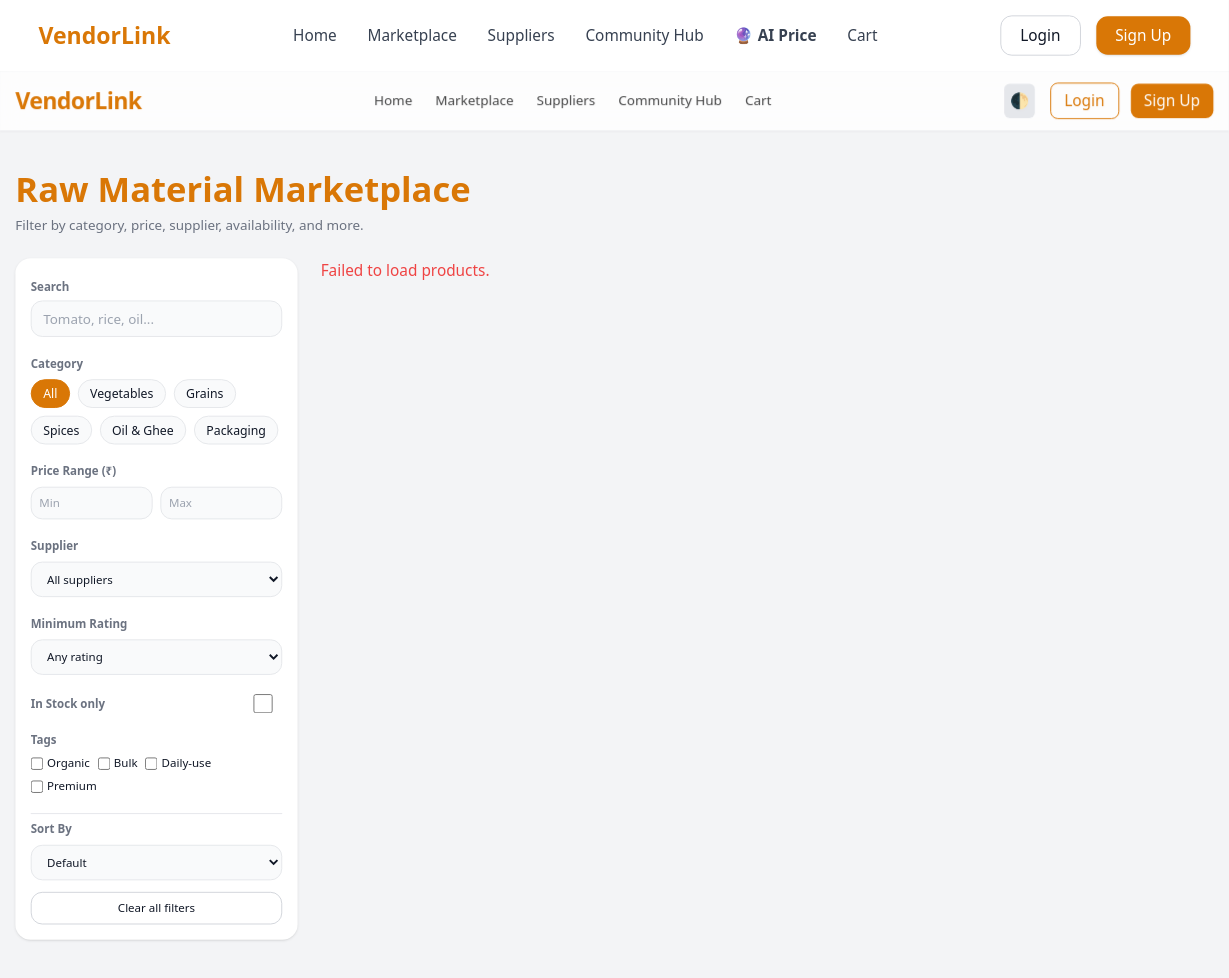
Repository: Omkar0746/VendorLink_Hackathon
Page: VendorLink_Project-main/frontend/marketplace.html
The author's editor kept a copy of each file at every save. The page is drawn from the files as they stood at one save, then again after the next save.
The browser window is 1280 px wide. The pictures show the whole page, at 96% of full size.
The page's requests for data from a server got no answer. Some web libraries are served in a nearby version.

Above is the page before, as saved 2025-11-28 00:08:07.

### VendorLink_Project-main/frontend/marketplace.html
<!DOCTYPE html>
<html lang="en" class="bg-gray-100 dark:bg-gray-900">
<head>
  <meta charset="UTF-8">
  <title>Marketplace • VendorLink</title>

  <script src="https://cdn.tailwindcss.com"></script>
  <script>
    tailwind.config = { darkMode: "class" };
  </script>

  <style>
    .nav-link { color:#444; text-decoration:none; }
    .nav-link:hover { color:#d97706; }
    .dark .nav-link { color:#ddd; }

    .btn-outline {
      padding:6px 14px; border:1px solid #d97706; color:#d97706; border-radius:8px;
    }
    .btn-filled {
      background:#d97706; color:white; padding:6px 14px; border-radius:8px;
    }
    .profile-btn {
      padding:6px 14px; background:#f3f4f6; border-radius:8px;
    }
    .dropdown-item {
      padding:10px 15px; display:block; text-align:left; font-size:0.9rem;
      color:#4b5563;
    }
    .dropdown-item:hover { background:#f5f5f5; }
    .toggle-checkbox { width:40px; height:20px; accent-color:#d97706; }
    .theme-btn { padding:6px; background:#e5e7eb; border-radius:6px; }

    .filter-chip {
      padding:6px 12px;
      border-radius:999px;
      font-size:0.8rem;
      cursor:pointer;
      border:1px solid #e5e7eb;
      background:#f9fafb;
    }
    .filter-chip.active {
      background:#d97706;
      color:white;
      border-color:#d97706;
    }
    .tag-pill {
      font-size:0.7rem;
      background:#fef3c7;
      color:#92400e;
      padding:3px 8px;
      border-radius:999px;
      margin-right:4px;
    }
    .badge-stock {
      font-size:0.7rem;
      padding:3px 8px;
      border-radius:999px;
    }
  </style>
</head>

<body class="text-gray-900 dark:text-gray-100">

<!-- NAVBAR -->
<nav class="sticky top-0 z-50 bg-white/80 dark:bg-gray-900/80 backdrop-blur-md shadow-sm border-b border-gray-200 dark:border-gray-700">
  <div class="max-w-7xl mx-auto px-4 py-3 flex justify-between items-center">

    <div class="flex items-center gap-2 cursor-pointer" onclick="window.location.href='index.html'">
      <span class="text-2xl font-extrabold text-amber-600 tracking-tight">VendorLink</span>
    </div>

    <div class="flex items-center gap-6 text-sm font-medium">
      <a href="index.html" class="nav-link">Home</a>
      <a href="marketplace.html" class="nav-link">Marketplace</a>
      <a href="suppliers.html" class="nav-link">Suppliers</a>
      <a href="community.html" class="nav-link">Community Hub</a>
      <a href="cart.html" class="nav-link">Cart</a>

      <a id="nav-supplier-dashboard" href="supplier_dashboard.html" class="nav-link hidden">
        Dashboard
      </a>
    </div>

    <div class="flex items-center gap-4">

      <div id="roleSliderWrapper" class="hidden">
        <label class="flex items-center gap-2 text-sm font-medium text-gray-600 dark:text-gray-300">
          <span id="roleText"></span>
          <input id="roleToggle" type="checkbox" disabled class="toggle-checkbox">
        </label>
      </div>

      <button id="themeToggle" class="theme-btn">🌓</button>

      <div id="nav-auth-guest" class="flex items-center gap-3">
        <a href="login.html" class="btn-outline">Login</a>
        <a href="signup.html" class="btn-filled">Sign Up</a>
      </div>

      <div id="nav-auth-user" class="hidden relative">
        <button id="profileBtn" class="profile-btn">Profile ⬇</button>

        <div id="profileDropdown"
             class="hidden absolute right-0 mt-2 w-40 bg-white dark:bg-gray-800 shadow-md rounded-lg overflow-hidden">
          <a href="profile.html" class="dropdown-item">My Profile</a>
          <button id="logoutBtn" class="dropdown-item text-red-500 hover:bg-red-50 dark:hover:bg-gray-700">
            Logout
          </button>
        </div>
      </div>
    </div>
  </div>
</nav>

<!-- MAIN MARKETPLACE CONTENT -->
<section class="max-w-7xl mx-auto px-4 py-8 md:py-10">

  <h1 class="text-3xl md:text-4xl font-bold text-amber-600 mb-2">Raw Material Marketplace</h1>
  <p class="text-sm text-gray-500 dark:text-gray-400 mb-6">
    Filter by category, price, supplier, availability, and more.
  </p>

  <div class="grid grid-cols-1 md:grid-cols-4 gap-6">

    <!-- LEFT SIDEBAR FILTERS -->
    <aside class="md:col-span-1 bg-white dark:bg-gray-800 rounded-2xl shadow p-4 space-y-5 h-max sticky top-24">

      <!-- Search -->
      <div>
        <label class="text-xs font-semibold text-gray-500">Search</label>
        <input id="searchBar"
               placeholder="Tomato, rice, oil..."
               class="mt-1 w-full px-3 py-2 rounded-xl border border-gray-200 dark:border-gray-700
                      bg-gray-50 dark:bg-gray-900 text-sm" />
      </div>

      <!-- Category -->
      <div>
        <p class="text-xs font-semibold text-gray-500 mb-2">Category</p>
        <div id="categoryChips" class="flex flex-wrap gap-2 text-xs">
          <button class="filter-chip active" data-category="all">All</button>
          <button class="filter-chip" data-category="Vegetables">Vegetables</button>
          <button class="filter-chip" data-category="Grains">Grains</button>
          <button class="filter-chip" data-category="Spices">Spices</button>
          <button class="filter-chip" data-category="Oil & Ghee">Oil & Ghee</button>
          <button class="filter-chip" data-category="Packaging">Packaging</button>
        </div>
      </div>

      <!-- Price Range -->
      <div>
        <p class="text-xs font-semibold text-gray-500 mb-2">Price Range (₹)</p>
        <div class="flex gap-2">
          <input id="priceMin" type="number" placeholder="Min"
                 class="w-1/2 px-2 py-2 rounded-xl border border-gray-200 dark:border-gray-700
                        bg-gray-50 dark:bg-gray-900 text-xs" />
          <input id="priceMax" type="number" placeholder="Max"
                 class="w-1/2 px-2 py-2 rounded-xl border border-gray-200 dark:border-gray-700
                        bg-gray-50 dark:bg-gray-900 text-xs" />
        </div>
      </div>

      <!-- Supplier -->
      <div>
        <p class="text-xs font-semibold text-gray-500 mb-2">Supplier</p>
        <select id="supplierSelect"
                class="w-full px-3 py-2 rounded-xl border border-gray-200 dark:border-gray-700
                       bg-gray-50 dark:bg-gray-900 text-xs">
          <option value="">All suppliers</option>
        </select>
      </div>

      <!-- Rating -->
      <div>
        <p class="text-xs font-semibold text-gray-500 mb-2">Minimum Rating</p>
        <select id="ratingSelect"
                class="w-full px-3 py-2 rounded-xl border border-gray-200 dark:border-gray-700
                       bg-gray-50 dark:bg-gray-900 text-xs">
          <option value="">Any rating</option>
          <option value="4.5">4.5 ★ & above</option>
          <option value="4">4.0 ★ & above</option>
          <option value="3.5">3.5 ★ & above</option>
        </select>
      </div>

      <!-- Availability -->
      <div class="flex items-center justify-between">
        <label class="text-xs font-semibold text-gray-500">In Stock only</label>
        <input id="inStockOnly" type="checkbox" class="toggle-checkbox" />
      </div>

      <!-- Tags -->
      <div>
        <p class="text-xs font-semibold text-gray-500 mb-2">Tags</p>
        <div class="flex flex-wrap gap-2 text-xs" id="tagFilters">
          <label class="flex items-center gap-1">
            <input type="checkbox" value="Organic" class="tagFilterInput">
            <span>Organic</span>
          </label>
          <label class="flex items-center gap-1">
            <input type="checkbox" value="Bulk" class="tagFilterInput">
            <span>Bulk</span>
          </label>
          <label class="flex items-center gap-1">
            <input type="checkbox" value="Daily-use" class="tagFilterInput">
            <span>Daily-use</span>
          </label>
          <label class="flex items-center gap-1">
            <input type="checkbox" value="Premium" class="tagFilterInput">
            <span>Premium</span>
          </label>
        </div>
      </div>

      <!-- Sort & Clear -->
      <div class="pt-2 border-t border-gray-200 dark:border-gray-700">
        <p class="text-xs font-semibold text-gray-500 mb-2">Sort By</p>
        <select id="sortSelect"
                class="w-full px-3 py-2 rounded-xl border border-gray-200 dark:border-gray-700
                       bg-gray-50 dark:bg-gray-900 text-xs mb-3">
          <option value="">Default</option>
          <option value="low">Price: Low → High</option>
          <option value="high">Price: High → Low</option>
        </select>

        <button id="clearFilters"
                class="w-full text-xs border border-gray-300 rounded-xl py-2 hover:bg-gray-100
                       dark:hover:bg-gray-800">
          Clear all filters
        </button>
      </div>

    </aside>

    <!-- PRODUCT GRID -->
    <div class="md:col-span-3">
      <div id="productList" class="grid sm:grid-cols-2 lg:grid-cols-3 gap-6"></div>
    </div>

  </div>
</section>

<!-- SUPPLIER CONTACT MODAL -->
<div id="contactModal"
     class="hidden fixed inset-0 bg-black/50 flex items-center justify-center px-4">
  <div class="bg-white dark:bg-gray-800 rounded-2xl shadow-xl p-6 max-w-md w-full">
    <h2 id="modalSupplierName" class="text-xl font-bold mb-2"></h2>
    <p id="modalSupplierLocation" class="text-sm text-gray-500 mb-2"></p>
    <p id="modalSupplierPhone" class="text-sm font-semibold mb-4"></p>
    <p class="text-xs text-gray-500">Contact the supplier directly for bulk pricing and delivery details.</p>

    <button onclick="closeModal()"
            class="mt-4 w-full bg-amber-600 hover:bg-amber-700 text-white py-2 rounded-lg">
      Close
    </button>
  </div>
</div>

<!-- JS FILES -->
<script type="module" src="assets/js/navbar.js"></script>
<script type="module" src="assets/js/marketplace.js"></script>

</body>
</html>

### VendorLink_Project-main/frontend/assets/js/navbar.js
// assets/js/navbar.js

document.addEventListener("DOMContentLoaded", () => {
  const nav = document.createElement("div");

  nav.innerHTML = `
    <nav class="w-full px-10 py-4 bg-white dark:bg-gray-900 shadow-sm flex items-center justify-between">

      <!-- Logo -->
      <a href="index.html" class="text-2xl font-bold text-amber-600">VendorLink</a>

      <!-- Navbar Links -->
      <ul class="flex items-center space-x-8 text-gray-700 dark:text-gray-200 font-medium">
        <li><a href="index.html" class="hover:text-amber-600">Home</a></li>
        <li><a href="marketplace.html" class="hover:text-amber-600">Marketplace</a></li>
        <li><a href="suppliers.html" class="hover:text-amber-600">Suppliers</a></li>
        <li><a href="community.html" class="hover:text-amber-600">Community Hub</a></li>

        <!-- ⭐ New AI Price Button -->
        <li>
          <a href="ai_predict.html" class="hover:text-purple-600 font-semibold">
            🔮 AI Price
          </a>
        </li>

        <li><a href="cart.html" class="hover:text-amber-600">Cart</a></li>
      </ul>

      <!-- Right Side Auth Buttons -->
      <div id="authButtons" class="flex items-center space-x-4"></div>

    </nav>
  `;

  document.body.prepend(nav);

  // -------------------------------
  // AUTHENTICATION STATE HANDLING
  // -------------------------------
  const authBox = document.getElementById("authButtons");
  const loggedUser = JSON.parse(localStorage.getItem("vendorlink_user"));

  if (!loggedUser) {
    // User NOT logged in → Show Login + Sign Up
    authBox.innerHTML = `
      <a href="login.html"
         class="px-5 py-2 border border-gray-300 rounded-xl hover:bg-gray-100 dark:hover:bg-gray-800">
        Login
      </a>

      <a href="signup.html"
         class="px-5 py-2 bg-amber-600 text-white rounded-xl hover:bg-amber-700 shadow">
        Sign Up
      </a>
    `;
  } else {
    // User Logged In → Show Profile + Logout
    authBox.innerHTML = `
      <a href="${loggedUser.role === "supplier" ? "supplier_dashboard.html" : "profile.html"}"
         class="flex items-center space-x-2">
        <img src="https://avatar.iran.liara.run/public"
             class="w-8 h-8 rounded-full border" />
        <span>${loggedUser.name}</span>
      </a>

      <button id="logoutBtn"
              class="px-5 py-2 bg-red-500 text-white rounded-xl hover:bg-red-600 shadow">
        Logout
      </button>
    `;

    // Logout Logic
    document.getElementById("logoutBtn").addEventListener("click", () => {
      localStorage.removeItem("vendorlink_user");
      window.location.href = "index.html";
    });
  }
});

### VendorLink_Project-main/frontend/assets/js/marketplace.js
// assets/js/marketplace.js
import { api } from "./api.js";

// DOM Elements
const productListEl = document.getElementById("productList");
const searchBarEl = document.getElementById("searchBar");
const categoryChipsEl = document.getElementById("categoryChips");
const priceMinEl = document.getElementById("priceMin");
const priceMaxEl = document.getElementById("priceMax");
const supplierSelectEl = document.getElementById("supplierSelect");
const ratingSelectEl = document.getElementById("ratingSelect");
const inStockOnlyEl = document.getElementById("inStockOnly");
const sortSelectEl = document.getElementById("sortSelect");
const clearFiltersEl = document.getElementById("clearFilters");
const tagFilterInputs = document.querySelectorAll(".tagFilterInput");

let allProducts = [];
let filteredProducts = [];

// Render products
function renderProducts(list) {
  productListEl.innerHTML = "";

  if (!list.length) {
    productListEl.innerHTML = `<p class="text-sm text-gray-500">No products found.</p>`;
    return;
  }

  list.forEach((p) => {
    const tags = (p.tags || [])
      .map((t) => `<span class="tag-pill">${t}</span>`)
      .join("");

    productListEl.innerHTML += `
      <div class="bg-white dark:bg-gray-800 rounded-xl shadow hover:shadow-lg transition p-4 flex flex-col">

        <img src="${p.image}" class="rounded-xl h-40 w-full object-cover mb-4">

        <div class="flex justify-between items-start mb-1">
          <h2 class="text-lg font-semibold">${p.name}</h2>
          <span class="text-xs bg-yellow-100 text-yellow-700 px-2 py-1 rounded-lg">
            ★ ${p.rating}
          </span>
        </div>

        <p class="text-xs text-gray-500">${p.category}</p>

        <p class="mt-2 text-xl font-bold text-amber-600">₹${p.price}/kg</p>

        <p class="text-xs mt-1 text-gray-500">Supplier:
          <button class="underline text-blue-600"
            onclick="viewSupplier('${p.supplierId}')">
            ${p.supplierName}
          </button>
        </p>

        <span class="badge-stock ${p.inStock ? "bg-green-100 text-green-700" : "bg-red-100 text-red-600"} mt-2">
          ${p.inStock ? "In Stock" : "Out of Stock"}
        </span>

        <div class="mt-2">${tags}</div>

        <button
          onclick="addToCart('${p.name}', ${p.price})"
          class="mt-auto w-full bg-amber-600 hover:bg-amber-700 text-white py-2 rounded-lg text-sm mt-4">
          Add to Cart
        </button>

      </div>
    `;
  });
}

// View supplier profile
window.viewSupplier = (supplierId) => {
  window.location.href = `supplier_profile.html?id=${supplierId}`;
};

// Add to cart
window.addToCart = (name, price) => {
  const cart = JSON.parse(localStorage.getItem("cart") || "[]");
  cart.push({ name, price, qty: 1 });
  localStorage.setItem("cart", JSON.stringify(cart));
  alert("Added to cart!");
};

// Apply filters
function applyFilters() {
  let list = [...allProducts];

  const q = searchBarEl.value.toLowerCase();
  if (q) list = list.filter((p) => p.name.toLowerCase().includes(q));

  const activeChip = categoryChipsEl.querySelector(".filter-chip.active");
  const selectedCategory = activeChip?.dataset.category || "all";
  if (selectedCategory !== "all") {
    list = list.filter((p) => p.category === selectedCategory);
  }

  const min = Number(priceMinEl.value);
  const max = Number(priceMaxEl.value);
  if (min) list = list.filter((p) => p.price >= min);
  if (max) list = list.filter((p) => p.price <= max);

  const supplier = supplierSelectEl.value;
  if (supplier) list = list.filter((p) => p.supplierName === supplier);

  const minRating = Number(ratingSelectEl.value);
  if (minRating) list = list.filter((p) => p.rating >= minRating);

  if (inStockOnlyEl.checked) {
    list = list.filter((p) => p.inStock === true);
  }

  const selectedTags = [...tagFilterInputs]
    .filter((i) => i.checked)
    .map((i) => i.value);
  if (selectedTags.length) {
    list = list.filter((p) =>
      selectedTags.every((t) => p.tags.includes(t))
    );
  }

  const sortVal = sortSelectEl.value;
  if (sortVal === "low") list.sort((a, b) => a.price - b.price);
  else if (sortVal === "high") list.sort((a, b) => b.price - a.price);

  filteredProducts = list;
  renderProducts(filteredProducts);
}

// Event Listeners
searchBarEl.addEventListener("input", applyFilters);
priceMinEl.addEventListener("input", applyFilters);
priceMaxEl.addEventListener("input", applyFilters);
supplierSelectEl.addEventListener("change", applyFilters);
ratingSelectEl.addEventListener("change", applyFilters);
inStockOnlyEl.addEventListener("change", applyFilters);
sortSelectEl.addEventListener("change", applyFilters);

categoryChipsEl.addEventListener("click", (e) => {
  if (!e.target.classList.contains("filter-chip")) return;

  categoryChipsEl.querySelectorAll(".filter-chip").forEach((c) => c.classList.remove("active"));
  e.target.classList.add("active");

  applyFilters();
});

tagFilterInputs.forEach((i) => i.addEventListener("change", applyFilters));

clearFiltersEl.addEventListener("click", () => {
  searchBarEl.value = "";
  priceMinEl.value = "";
  priceMaxEl.value = "";
  supplierSelectEl.value = "";
  ratingSelectEl.value = "";
  sortSelectEl.value = "";
  inStockOnlyEl.checked = false;

  tagFilterInputs.forEach((i) => (i.checked = false));

  categoryChipsEl.querySelectorAll(".filter-chip").forEach((c) => c.classList.remove("active"));
  categoryChipsEl.querySelector("[data-category='all']").classList.add("active");

  applyFilters();
});

// INITIAL LOAD
async function init() {
  try {
    const dbProducts = await api("/products", "GET");

    allProducts = dbProducts.map((p) => ({
      name: p.name,
      category: p.category,
      price: p.price,
      image: p.image || "https://cdn-icons-png.flaticon.com/512/3081/3081559.png",
      supplierName: p.supplier?.name || "Supplier",
      supplierId: p.supplier?._id || "",
      supplierPhone: p.supplier?.contactNumber || "",
      supplierLocation: p.supplier?.location || "",
      inStock: p.inStock ?? true,
      rating: p.rating || 4.2,
      tags: Array.isArray(p.tags) ? p.tags : []
    }));

    // Supplier filter dropdown
    const uniqueSuppliers = [...new Set(allProducts.map((p) => p.supplierName))];
    uniqueSuppliers.forEach((name) => {
      const opt = document.createElement("option");
      opt.value = name;
      opt.textContent = name;
      supplierSelectEl.appendChild(opt);
    });

    filteredProducts = [...allProducts];
    renderProducts(filteredProducts);
  } catch (error) {
    productListEl.innerHTML = `<p class="text-red-500">Failed to load products.</p>`;
  }
}

init();

### VendorLink_Project-main/frontend/assets/js/api.js
// assets/js/api.js

export const API_BASE = "http://localhost:5000/api";

export async function api(endpoint, method = "GET", body = null, auth = false) {
  const headers = { "Content-Type": "application/json" };

  if (auth) {
    const token = localStorage.getItem("token");
    if (token) {
      headers["Authorization"] = `Bearer ${token}`;
    }
  }

  const res = await fetch(`${API_BASE}${endpoint}`, {
    method,
    headers,
    body: body ? JSON.stringify(body) : null,
  });

  const data = await res.json();

  if (!res.ok) {
    throw new Error(data.error || data.message || "Request failed");
  }

  return data;
}

After the next save:
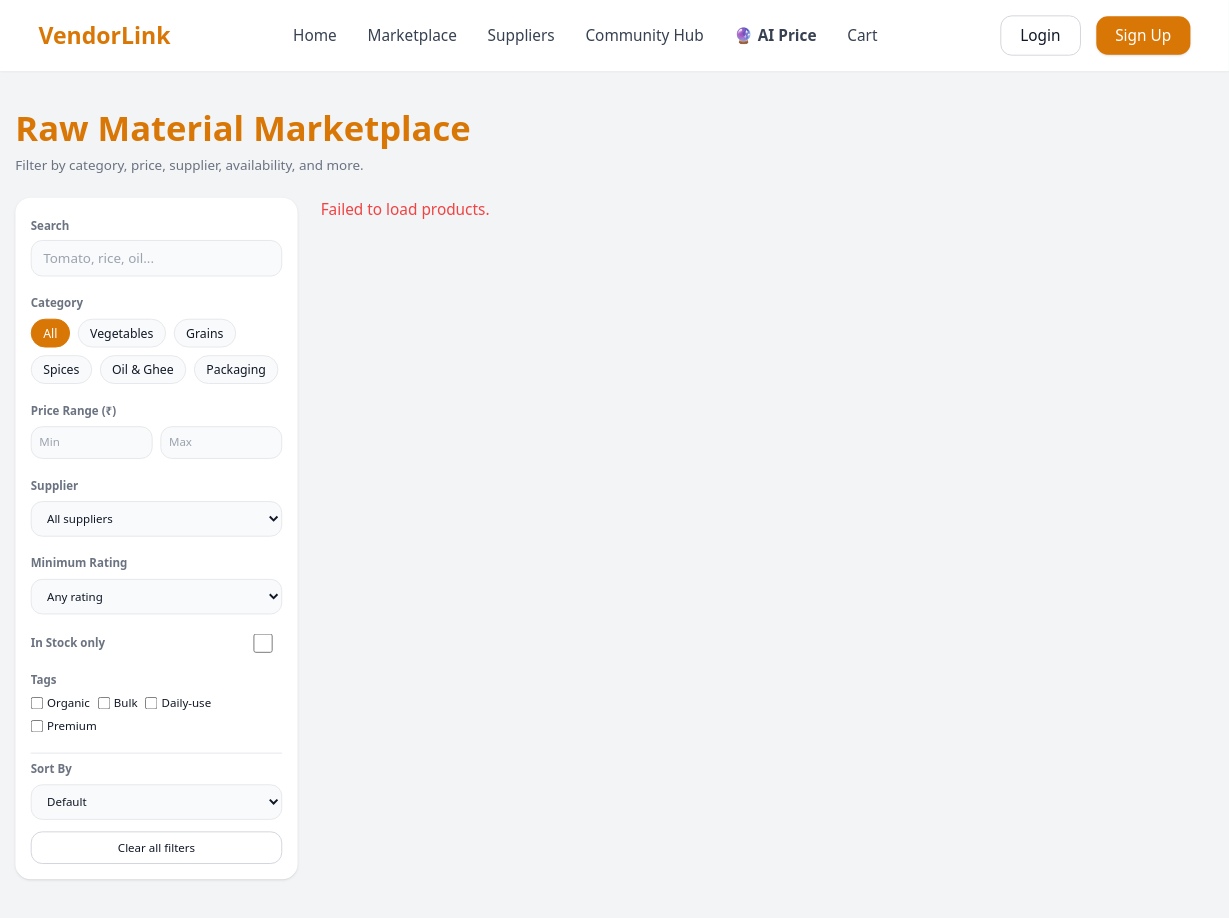
Saved 5 min 44 s later.
--- a/VendorLink_Project-main/frontend/marketplace.html
+++ b/VendorLink_Project-main/frontend/marketplace.html
@@ -62,56 +62,6 @@
 
 <body class="text-gray-900 dark:text-gray-100">
 
-<!-- NAVBAR -->
-<nav class="sticky top-0 z-50 bg-white/80 dark:bg-gray-900/80 backdrop-blur-md shadow-sm border-b border-gray-200 dark:border-gray-700">
-  <div class="max-w-7xl mx-auto px-4 py-3 flex justify-between items-center">
-
-    <div class="flex items-center gap-2 cursor-pointer" onclick="window.location.href='index.html'">
-      <span class="text-2xl font-extrabold text-amber-600 tracking-tight">VendorLink</span>
-    </div>
-
-    <div class="flex items-center gap-6 text-sm font-medium">
-      <a href="index.html" class="nav-link">Home</a>
-      <a href="marketplace.html" class="nav-link">Marketplace</a>
-      <a href="suppliers.html" class="nav-link">Suppliers</a>
-      <a href="community.html" class="nav-link">Community Hub</a>
-      <a href="cart.html" class="nav-link">Cart</a>
-
-      <a id="nav-supplier-dashboard" href="supplier_dashboard.html" class="nav-link hidden">
-        Dashboard
-      </a>
-    </div>
-
-    <div class="flex items-center gap-4">
-
-      <div id="roleSliderWrapper" class="hidden">
-        <label class="flex items-center gap-2 text-sm font-medium text-gray-600 dark:text-gray-300">
-          <span id="roleText"></span>
-          <input id="roleToggle" type="checkbox" disabled class="toggle-checkbox">
-        </label>
-      </div>
-
-      <button id="themeToggle" class="theme-btn">🌓</button>
-
-      <div id="nav-auth-guest" class="flex items-center gap-3">
-        <a href="login.html" class="btn-outline">Login</a>
-        <a href="signup.html" class="btn-filled">Sign Up</a>
-      </div>
-
-      <div id="nav-auth-user" class="hidden relative">
-        <button id="profileBtn" class="profile-btn">Profile ⬇</button>
-
-        <div id="profileDropdown"
-             class="hidden absolute right-0 mt-2 w-40 bg-white dark:bg-gray-800 shadow-md rounded-lg overflow-hidden">
-          <a href="profile.html" class="dropdown-item">My Profile</a>
-          <button id="logoutBtn" class="dropdown-item text-red-500 hover:bg-red-50 dark:hover:bg-gray-700">
-            Logout
-          </button>
-        </div>
-      </div>
-    </div>
-  </div>
-</nav>
 
 <!-- MAIN MARKETPLACE CONTENT -->
 <section class="max-w-7xl mx-auto px-4 py-8 md:py-10">
